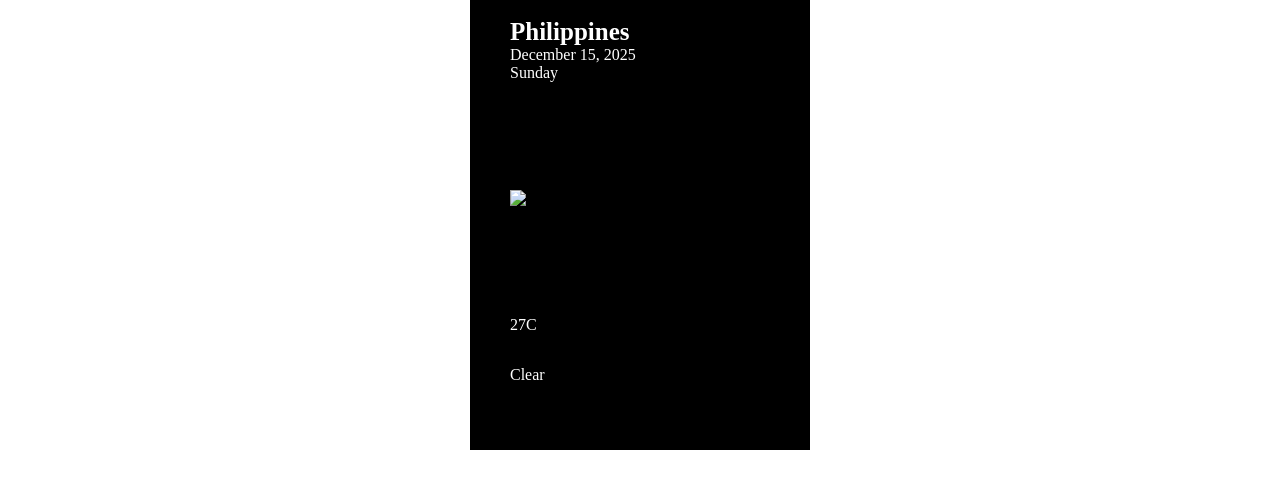
Repository: dmpelaez/weatherApp
Page: WeatherApp.html
An editor plug-in stored every save of this project. The page is shown before and after the next save, followed by the edit.
The browser window is 1280 px wide. The pictures show the whole page.
The page's requests for data from a server got no answer.

Above is the page before, as saved 2025-12-14 12:20:09.

After the next save:
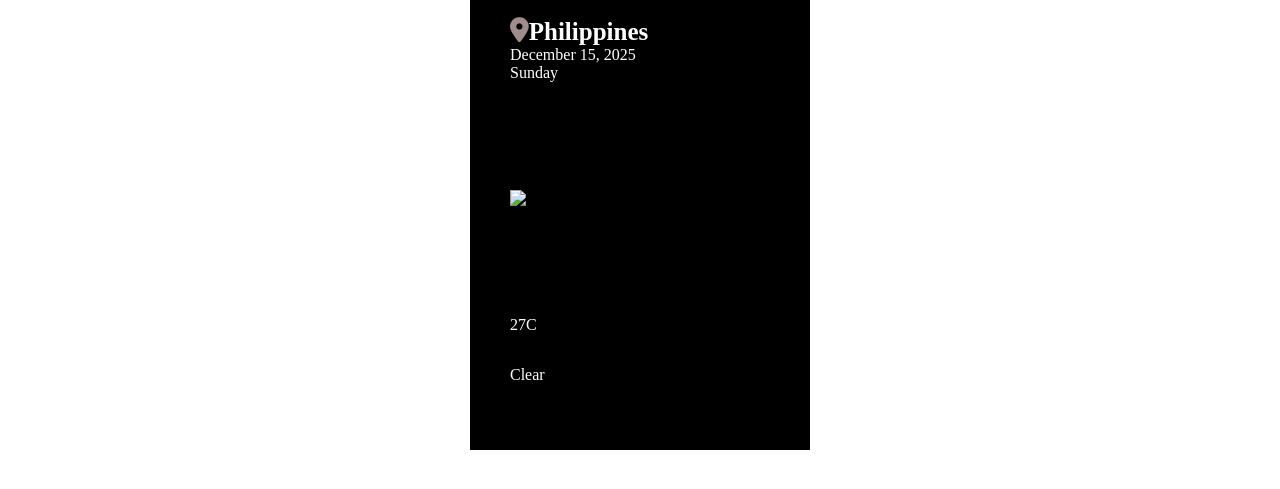
Saved 64 s later.
--- a/WeatherApp.html
+++ b/WeatherApp.html
@@ -9,7 +9,8 @@
       <meta name="viewport" content="width=device-width, initial-scale=1.0">
 
       <!--CSS-->
-      <link rel="stylesheet" href="https://cdnjs.cloudflare.com/ajax/libs/font-awesome/4.7.0/css/font-awesome.min.css">
+      <link rel="stylesheet" href="https://cdnjs.cloudflare.com/ajax/libs/font-awesome/6.5.1/css/all.min.css">
+
       <Link rel="stylesheet" href="WeatherApp.css">
     </head>
 
